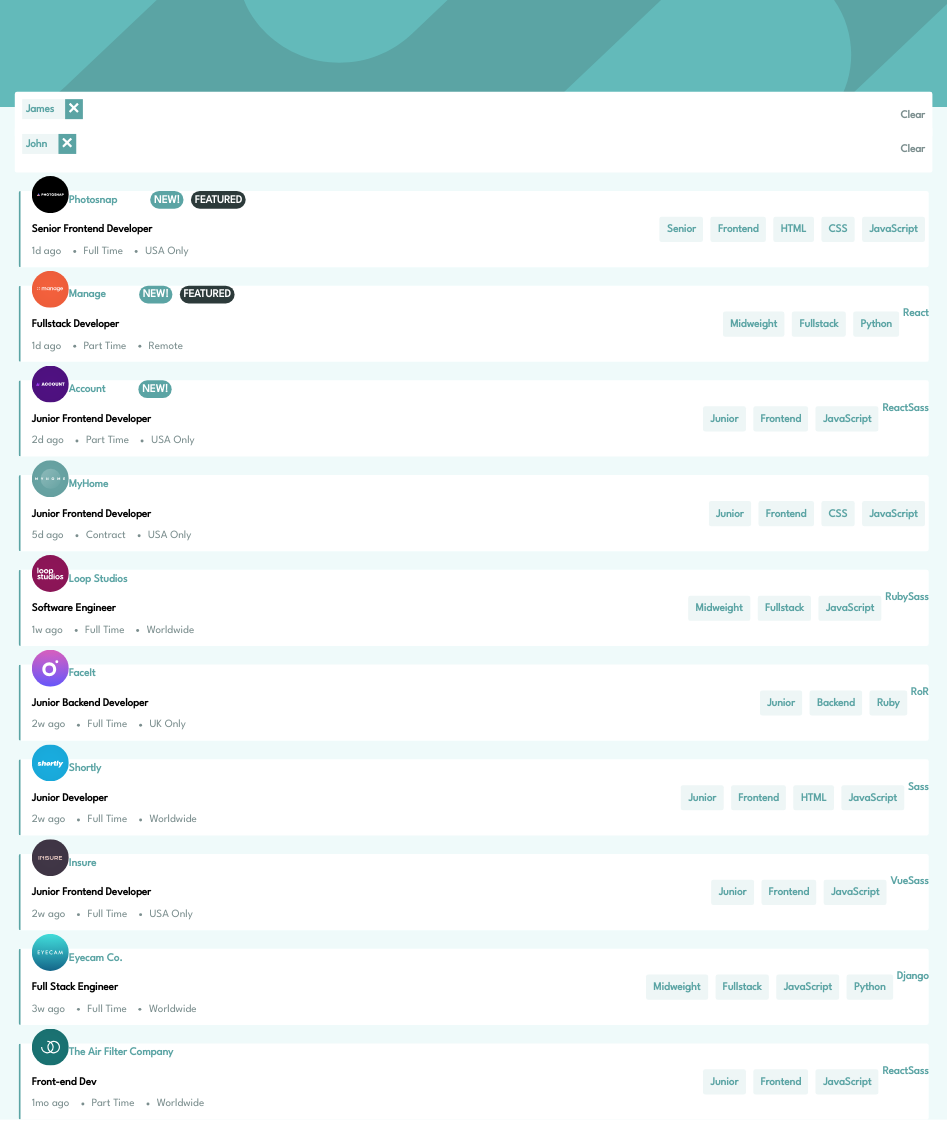
Repository: DevLaukey/job-listing
Page: /
The author's editor kept a copy of each file at every save. The page is drawn from the files as they stood at one save, then again after the next save.
The browser window is 1280 px wide. The pictures show the whole page, at 74% of full size.
Some web fonts or font styles are not loaded; a fallback is used. The project was rebuilt for these pictures with package versions that can differ from the ones it lists, and the page was loaded fresh each time.

Above is the page before, as saved 2022-06-05 23:18:44.

### src/App.js
import "./App.css";
import Filter from "./components/Filter";
import Header from "./components/Header";
import Tablet from "./components/Tablet";
import data from "./data.json";

function App() {
  const tablets = data.map((data) =>
  (<Tablet
    key={data.id}
    company={data.company}
    neew={data.new}
    featured={data.featured}
    position={data.position}
    role={data.role}
    level={data.level}
    postedAt={data.postedAt}
    contract={data.contract}
    location={data.location}
    languages={data.languages}
    tools={data.tools}
    logo={data.logo} />));


  return (
    <div className="App">
      <Header />
      <Filter />
      <div className="content">{tablets}</div>
    </div>
  );
}

export default App;

### src/App.css
@import url('https://fonts.googleapis.com/css2?family=Grape+Nuts&family=League+Spartan&display=swap');
*{
  margin: 0;
  padding: 0;
  box-sizing: border-box;
}
.App{
  background-color: hsl(180, 52%, 96%);
  font-size: 15px;
}

### src/components/Filter.js
import React, { useState } from "react";
function Filter() {
  const [people, setPeople] = useState([
    {
      name: "James",
      age: 31,
    },
    {
      name: "John",
      age: 45,
    },
    {
      name: "Paul",
      age: 65,
    },
    {
      name: "Ringo",
      age: 49,
    },
    {
      name: "George",
      age: 34,
    },
  ]);
  // setTheArray([...theArray, newElement]);

  const filtered = people
    .filter((name) => name.name.includes("J"))
    .map((filteredPerson) => (
      <div className="tablet filter">
        <div className="option">
          <p className="front-end">{filteredPerson.name}</p>
          <div
            className="icon"
            onClick={() => {
              filtered.shift(filteredPerson);
              console.log(people);
            }}
          >
            <svg xmlns="http://www.w3.org/2000/svg" width="14" height="14">
              <path
                fill="#FFF"
                fill-rule="evenodd"
                d="M11.314 0l2.121 2.121-4.596 4.596 4.596 4.597-2.121 2.121-4.597-4.596-4.596 4.596L0 11.314l4.596-4.597L0 2.121 2.121 0l4.596 4.596L11.314 0z"
              />
            </svg>
          </div>
        </div>

        <div className="clear">
          <p onClick={() => setPeople([])}>Clear</p>
        </div>
      </div>
    ));
  return <>{filtered}</>;
}

export default Filter;

### src/components/Header.js
import React from 'react'
import "./styles.css"

function Header() {
  return (
    <header className='header'></header>
  )
}

export default Header

### src/components/Tablet.js
import React, { useState } from "react";
import "./styles.css";

function Tablet({
  key,
  company,
  logo,
  neew,
  featured,
  position,
  role,
  level,
  postedAt,
  contract,
  location,
  languages,
  tools,
}) {
  return (
    <div className="tablet boarder">
      <div className="tablet_content">
        <div className="desktop">
          <img className="image" src={logo} alt="" />

          <div className="heading">
            <div className="company">
              <p>{company}</p>
            </div>
            <div>{neew && <p className="new">NEW!</p>}</div>
            <div>{featured && <p className="featured">FEATURED</p>}</div>
          </div>
        </div>
        <div className="title">
          <p>{position}</p>
        </div>
        <div className="details">
          <p>{postedAt}</p>
          <ul className="list">
            <li>{contract}</li>
            <li className="country">{location}</li>
          </ul>
        </div>
        <hr className="line" />
      </div>
      <div className="tags">
        <p className="category">{level}</p>
        <p className="category">{role}</p>
        {languages.map((language) => (
          <p key={language} className="category" id="category">
            {language}
          </p>
        ))}
        {tools.map((tool) => (
          <p key={tool} className="tool" id="category">
            {tool}
          </p>
        ))}
      </div>
    </div>
  );
}

export default Tablet;

### src/components/styles.css
.header {
  background-image: url(../assets/bg-header-mobile.svg);
  padding: 10vh;
  background-color: hsl(180, 29%, 50%);
}
.tablet {
  background-color: white;
  margin: 25px 25px 20px 25px;
  font-family: "League Spartan", sans-serif;
  border-radius: 3px;
  font-weight: 700;
}
.boarder {
  border-left: 3px solid hsl(180, 29%, 50%);
}
.tablet_content {
  margin-left: 15px;
  margin-right: 25px;
  align-items: center;
}
.image {
  height: 50px;
  margin-top: -20px;
}
.heading {
  display: flex;
}
.company {
  color: hsl(180, 29%, 50%);
  margin-right: 3em;
  margin-top: 5px;
}
.new {
  background-color: hsl(180, 29%, 50%);
  padding: 5px;
  color: white;
  border-radius: 25px;
  margin-right: 10px;
}
.featured {
  background-color: hsl(180, 14%, 20%);
  padding: 5px;
  color: white;
  border-radius: 25px;
}
.title {
  margin-top: 15px;
}
.details {
  display: flex;
  color: hsl(180, 8%, 52%);
  font-weight: 400;
  margin-top: 15px;
  margin-bottom: 15px;
}
.list {
  display: flex;
  margin-left: 2em;
}
.country {
  margin-left: 2em;
}
.line {
  margin-bottom: 15px;
  color: gray;
}
.tags {
  color: hsl(180, 29%, 50%);
  display: flex;
  flex-wrap: wrap;
}
.category {
  background-color: hsl(180, 31%, 95%);
  padding: 10px;
  border-radius: 3px;
  margin: 5px;
}

.filter {
  display: flex;
  padding: 10px;
  border-radius: 3px;
  margin: -20px 20px 5px 20px;
  flex-wrap: wrap;
  justify-content: space-between;
}
.option {
    background-color: hsl(180, 31%, 95%);
  color: hsl(180, 29%, 50%);
  display: flex;
  align-items: center;
  width : fit-content;
  margin-bottom: 15px;
}
.front-end{
 padding: 5px;
}
.icon {
  margin-left: 10px;
 flex-grow: 1;
 height:100%;
 padding: 5px;
  background-color: hsl(180, 29%, 50%);
}
.clear{
      color: hsl(180, 8%, 52%);

}
/* media query */

@media screen and (min-width: 768px) {
  .header {
    background-image: url(../assets/bg-header-desktop.svg);
  }
  .line {
    display: none;
  }
  .tablet {
    display: flex;
    align-items: center;
    justify-content: space-between;
  }
.desktop{
  display: flex;
}
}

Loaded but not shown: public/index.html (common file); src/index.js (common file); src/index.css (common file); src/reportWebVitals.js (common file); src/data.json (common file)

After the next save:
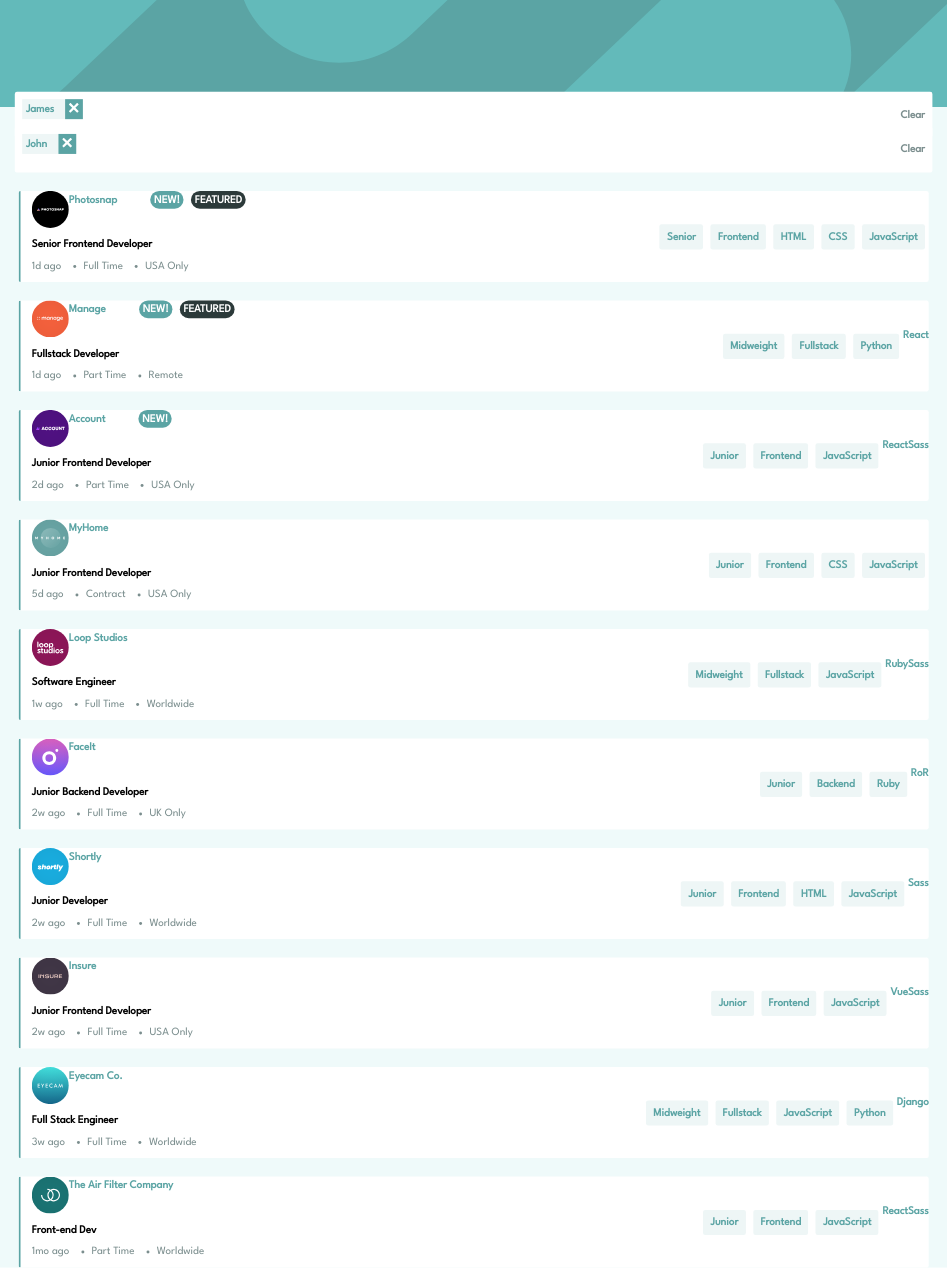
Saved 19 s later.
--- a/src/components/styles.css
+++ b/src/components/styles.css
@@ -122,5 +122,7 @@
   }
 .desktop{
   display: flex;
+}.image{
+  margin: 0;
 }
 }
